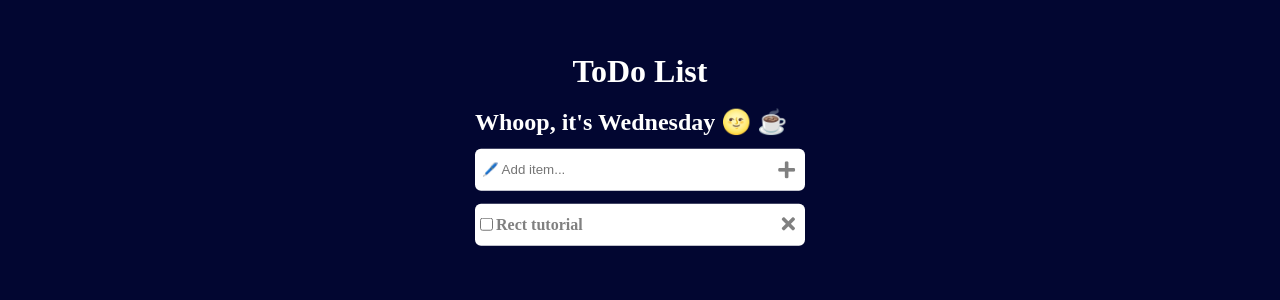
Repository: rohithkoothur/React-Projects
Page: /
The author's editor kept a copy of each file at every save. The page is drawn from the files as they stood at one save, then again after the next save.
The browser window is 1280 px wide. The pictures show the whole page.
The project was rebuilt for these pictures with package versions that can differ from the ones it lists, and the page was loaded fresh each time.

Above is the page before, as saved 2021-08-16 14:27:39.

After the next save:
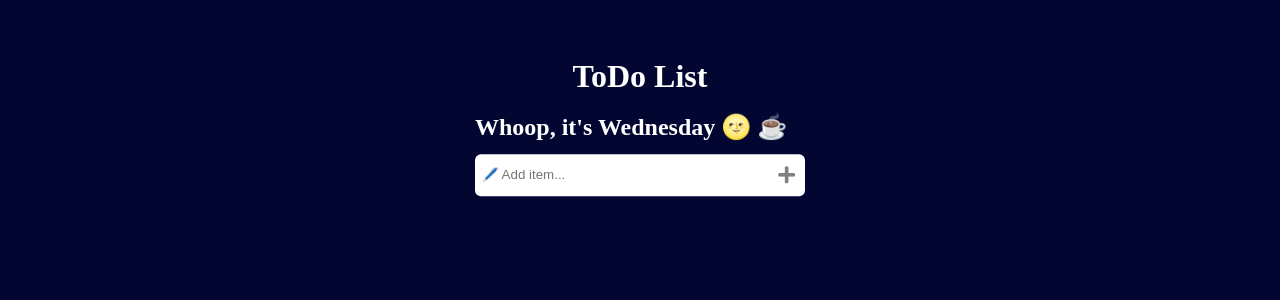
Saved 4 min 22 s later.
--- a/src/App.js
+++ b/src/App.js
@@ -20,7 +20,11 @@ function App() {
         <i  onClick={()=>setToDos([...toDos,toDo])} className="fas fa-plus"></i>
       </div>
       <div className="todos">
-        <div className="todo">
+        {toDos.map((value)=>{
+
+
+
+      return  <div className="todo">
           <div className="left">
             <input type="checkbox" name="" id="" />
             <p>Rect tutorial</p>
@@ -28,7 +32,7 @@ function App() {
           <div className="right">
             <i className="fas fa-times"></i>
           </div>
-        </div>
+        </div>})}
       </div>
     </div>
     </div>
